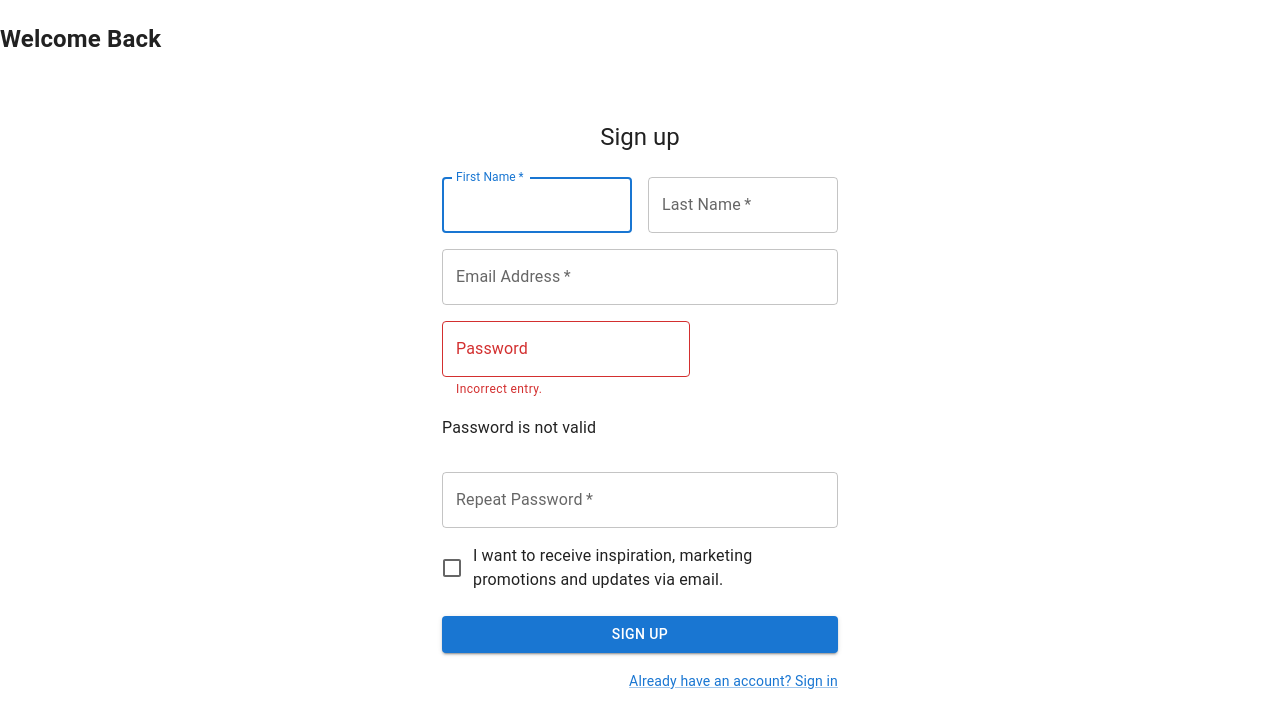
Repository: NGHIAVN1/Note
Page: /
These files come from the project's save history. The page is drawn as it stood at one moment and after the next save; the edit follows.
The browser window is 1280 px wide. The pictures show the whole page.
The project was rebuilt for these pictures with package versions that can differ from the ones it lists, and the page was loaded fresh each time. Also part of the build but not shown: vite.config.js, src/Pet.jsx, src/useBreedList.jsx, src/SearchParams.jsx.

Above is the page before, as saved 2024-03-05 16:43:35.

### src/index.html
<!DOCTYPE html>
<html lang="en">

<head>
  <meta charset="UTF-8">
  <meta name="viewport" content="width=device-width, initial-scale=1.0">
  <meta http-equiv="X-UA-Compatible" content="ie=edge">
  <title>Adopt Me</title>
</head>

<body>
  <div id="root">not rendered</div>
  <script type="module" src="./App.jsx">
    // Your code is going to go here

  </script>
</body>

</html>

### src/App.jsx
import React from "react";
import "./Register";
import "./SearchParams";
import { createRoot } from "react-dom/client";
import SearchParams from "./SearchParams";
import RegisterUser from "./Register";

const App = () => {
  return (
    <div>
      <h1></h1>
      <h2>Welcome Back</h2>

      <RegisterUser />
    </div>
  );
};

const container = document.getElementById("root");
const root = createRoot(container);
root.render(React.createElement(App));

### src/Register.jsx
import * as React from "react";
import Avatar from "@mui/material/Avatar";
import Button from "@mui/material/Button";
import CssBaseline from "@mui/material/CssBaseline";
import TextField from "@mui/material/TextField";
import FormControlLabel from "@mui/material/FormControlLabel";
import Checkbox from "@mui/material/Checkbox";
import Link from "@mui/material/Link";
import Grid from "@mui/material/Grid";
import Box from "@mui/material/Box";
import LockOutlinedIcon from "@mui/icons-material/LockOutlined";
import Typography from "@mui/material/Typography";
import Container from "@mui/material/Container";
import { createTheme, ThemeProvider } from "@mui/material/styles";
import { useState } from "react";

const defaultTheme = createTheme();

export default function RegisterUser() {
  const handleSubmit = (event) => {
    event.preventDefault();
    const data = new FormData(event.currentTarget);
    console.log({
      email: data.get("email"),
      password: data.get("password"),
    });
  };
  const [password, setPassword] = useState("");
  const validatePassword = (password) => {
    const regex =
      /^(?=.*[A-Za-z])(?=.*\d)(?=.*[@$!%*#?&])[A-Za-z\d@$!%*#?&]{8,}$/;
    return regex.test(password);
  };

  return (
    <ThemeProvider theme={defaultTheme}>
      <Container component="main" maxWidth="xs">
        <CssBaseline />
        <Box
          sx={{
            marginTop: 8,
            display: "flex",
            flexDirection: "column",
            alignItems: "center",
          }}
        >
          <Typography component="h1" variant="h5">
            Sign up
          </Typography>
          <Box
            component="form"
            noValidate
            onSubmit={handleSubmit}
            sx={{ mt: 3 }}
          >
            <Grid container spacing={2}>
              <Grid item xs={12} sm={6}>
                <TextField
                  autoComplete="given-name"
                  name="firstName"
                  required
                  fullWidth
                  id="firstName"
                  label="First Name"
                  autoFocus
                />
              </Grid>
              <Grid item xs={12} sm={6}>
                <TextField
                  required
                  fullWidth
                  id="lastName"
                  label="Last Name"
                  name="lastName"
                  autoComplete="family-name"
                />
              </Grid>
              <Grid item xs={12}>
                <TextField
                  required
                  fullWidth
                  id="email"
                  label="Email Address"
                  name="email"
                  autoComplete="email"
                />
              </Grid>
              <Grid item xs={12}>
                <TextField
                  error
                  name="password"
                  label="Password"
                  type="password"
                  id="password"
                  helperText="Incorrect entry."
                  onChange={(e) => {
                    setPassword(e.target.value);
                  }}
                />
                <p>
                  {validatePassword(password)
                    ? "Password is valid"
                    : "Password is not valid"}
                </p>
              </Grid>
              <Grid item xs={12}>
                <TextField
                  required
                  fullWidth
                  name="password"
                  label="Repeat Password"
                  type="password"
                  id="password"
                  onChange={(e) => {
                    setPassword(e.target.value);
                  }}
                />
              </Grid>
              <Grid item xs={12}>
                <FormControlLabel
                  control={
                    <Checkbox value="allowExtraEmails" color="primary" />
                  }
                  label="I want to receive inspiration, marketing promotions and updates via email."
                />
              </Grid>
            </Grid>
            <Button
              type="submit"
              fullWidth
              variant="contained"
              sx={{ mt: 3, mb: 2 }}
            >
              Sign Up
            </Button>
            <Grid container justifyContent="flex-end">
              <Grid item>
                <Link href="#" variant="body2">
                  Already have an account? Sign in
                </Link>
              </Grid>
            </Grid>
          </Box>
        </Box>
      </Container>
    </ThemeProvider>
  );
}

After the next save:
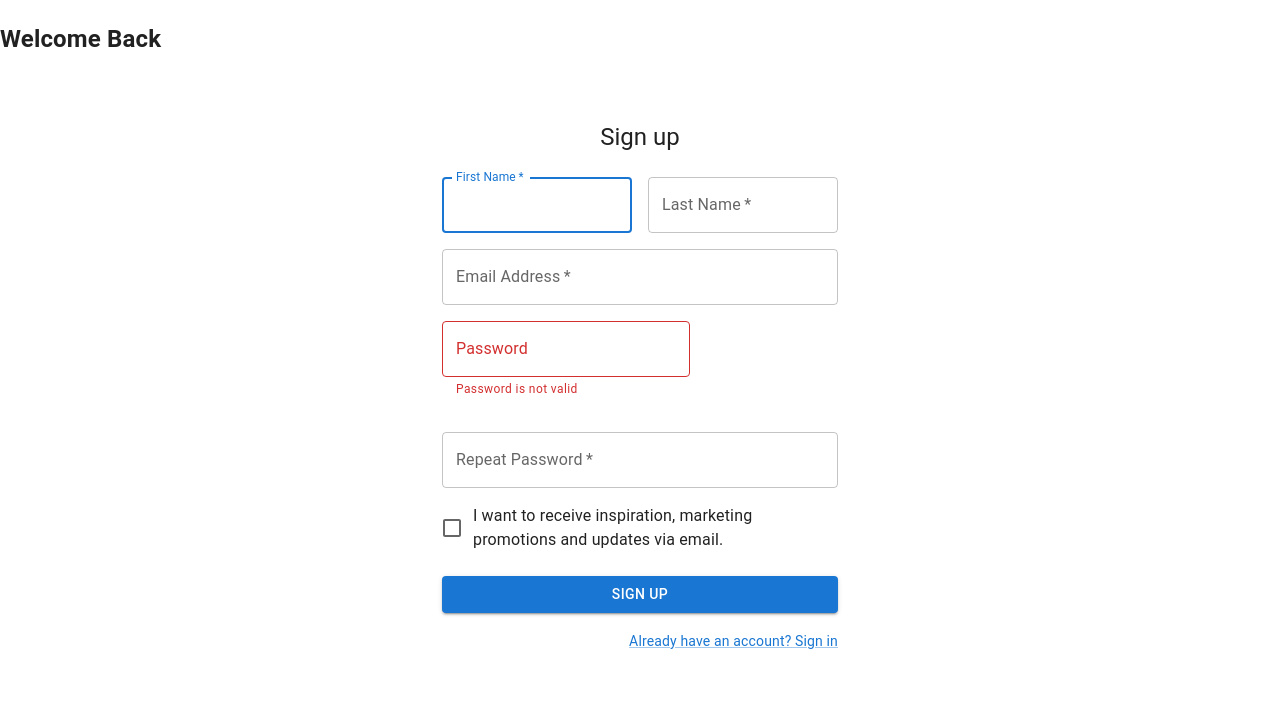
Saved 52 s later.
--- a/src/Register.jsx
+++ b/src/Register.jsx
@@ -92,16 +92,16 @@ export default function RegisterUser() {
                   label="Password"
                   type="password"
                   id="password"
-                  helperText="Incorrect entry."
+                  helperText={
+                    validatePassword(password)
+                      ? "Password is valid"
+                      : "Password is not valid"
+                  }
                   onChange={(e) => {
                     setPassword(e.target.value);
                   }}
                 />
-                <p>
-                  {validatePassword(password)
-                    ? "Password is valid"
-                    : "Password is not valid"}
-                </p>
+                <p></p>
               </Grid>
               <Grid item xs={12}>
                 <TextField
